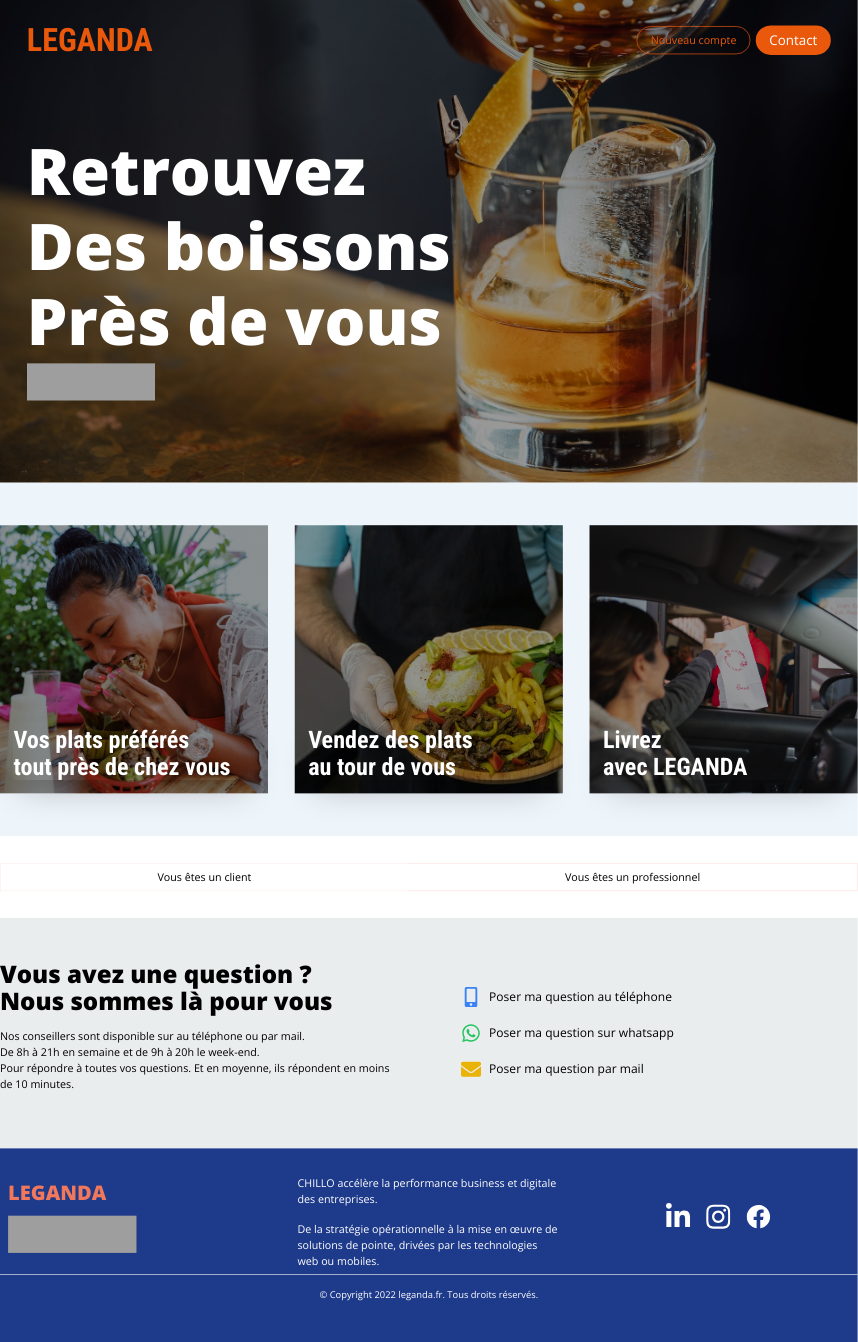
Repository: chillo-tech/website-leganda
Page: /
These files come from the project's save history. The page is drawn as it stood at one moment and after a run of saves; the edit follows.
The browser window is 1280 px wide. The pictures show the whole page, at 67% of full size.
Pictures or frames that could not be fetched are drawn as grey boxes. The project was rebuilt for these pictures with package versions that can differ from the ones it lists, and the page was loaded fresh each time. Some packages were replaced by stand-ins written for this rebuild. The framework's server and built-in components were replaced by stand-ins that run in the browser. Also part of the build but not shown: next.config.js, components/header/items/SearchBar.tsx.

Above is the page before, as saved 2023-02-09 11:26:25.

### pages/_document.tsx
import { Html, Head, Main, NextScript } from 'next/document'
import Footer from '../components/footer/Footer';

export default function Document() {
	return (
		<Html className="scroll-smooth">
			<Head>
        <link rel="preconnect" href="https://fonts.googleapis.com"/>
        <link rel="preconnect" href="https://fonts.gstatic.com"/>
        <link href="https://fonts.googleapis.com/css2?family=Open+Sans:ital,wght@0,300;0,800;1,800&family=Roboto&family=Roboto+Condensed:wght@700&display=swap" rel="stylesheet"/>
        <link rel="icon" href="/favicon.ico" />
			</Head>
			<body className='flex flex-col h-screen justify-between'>
				<Main />
				<NextScript />
				<Footer />
        <script defer type="text/javascript" src="https://maps.googleapis.com/maps/api/js?key=AIzaSyBoBBvzxlRlkbfYzZcHp8ALOwBk3YjfB-I&libraries=places" />
			</body>
		</Html>
	)
}

### styles/globals.css
@tailwind base;
@tailwind components;
@tailwind utilities;
body {
  font-family: 'Open Sans', 'Roboto', sans-serif;
}
.title {
  font-family: 'Roboto Condensed', sans-serif;
}
@layer base {
  [type="text"],
  [type="email"],
  [type="url"],
  [type="password"],
  [type="number"],
  [type="date"],
  [type="datetime-local"],
  [type="month"],
  [type="search"],
  [type="tel"],
  [type="time"],
  [type="week"],
  [multiple],
  textarea,
  select {
    @apply w-full border-gray-300 rounded-lg shadow-sm focus:border-blue-500 focus:ring-blue-500;
  }
  [type="checkbox"],
  [type="radio"] {
    @apply border-gray-300 rounded text-blue-600 focus:ring-blue-500;
  }
}

.bg-site-blue {
    background-color: #86aec0;
    color: #000000;
}

.bg-site-orange {
    background-color: #f6ac9f;
}

.color-site-blue {
   color: #86aec0;
}

.color-site-orange {
    color: #f2785c;
}

.home-page-article {
  min-height: 400px;
}

### context/search-context-provider.tsx
import { SearchParams } from '../types';
import { Context,createContext, useMemo, useReducer, useCallback } from 'react'
import SearchReducer from './SearchReducer';
import { Param } from '../types/Param';
import { INITIAL_STATE, UPDATE_SEARCH_CRITERIA } from '../utils';
import { SearchContextData } from '../types/SerchContextData';
type Props = {
  children: JSX.Element,
};
export const SearchContext = createContext<SearchContextData>({state: INITIAL_STATE});
function SearchContextProvider({children}: Props) {
  const [state, dispatch] = useReducer(SearchReducer, INITIAL_STATE);

  const update = useCallback(
    (data: Param) =>
      dispatch({
        type: UPDATE_SEARCH_CRITERIA,
        data
      }),
    [],
  );
  const value = useMemo(
    () => ({state, update }),
    [state,update],
  );
  return (
    <SearchContext.Provider value={value}>
      {children}
    </SearchContext.Provider>
  )
}

export default SearchContextProvider;

### components/footer/Footer.tsx

import React from 'react';
import { FaFacebook, FaInstagram, FaLinkedinIn } from 'react-icons/fa';
import Link from 'next/link'
import { cn, STORES } from '../../utils';
import Image from 'next/image';
function Footer() {
	return (
			<footer className="bg bg-blue-900 text-white pb-10 pt-10 font-extralight flex flex-col" id="a-propos-de-nous">
				<div className="container mx-auto px-3">
					<div className="grid grid-cols-1 gap-10 md:grid-cols-3 md:p-0 items-center">
						<div className="presentation">
              <Link href='/' className='mb-5 color-site-orange uppercase font-extrabold text-3xl'>LEGANDA
              </Link>
              <p className="flex py-4 items-center justify-center md:justify-start">
                {STORES.filter((item: any) => item.active).map((item: any, index: number) => (
                    <Link
                        href="#"
                        target="_blank"
                        key={`liens-${index}`}
                        className="block items-center py-2 w-48 h-14 relative">
                      <Image
                          fill={true}
                          src={`/images/${item.image}`}
                          alt={item?.label}
                      />
                    </Link>
                ))}
              </p>
						</div>
						<div className="presentation">
							<p className='mb-5'>CHILLO accélère la performance business et digitale des entreprises. </p>
							<p>De la stratégie opérationnelle
								à la mise en œuvre de solutions de pointe, drivées par les technologies web ou mobiles.</p>
						</div>
						<div className="presentation flex flex-col items-center justify-center">
							<div className='px-10 flex items-center justify-between text-center'>
								<FaLinkedinIn color='text-slate-300' className='px-3 text-6xl'/>
								<FaInstagram className='px-3 text-6xl'/>
								<FaFacebook className='px-3 text-6xl'/>
							</div>
							<div className='py-2'>

							</div>
						</div>
					</div>
				</div>
				<div className="copyright border-top-1 mt-2 font-light">
					<div className="container py-5 text-sm mx-auto text-center border-solid border-t border-slate-200">
						&copy; Copyright {(new Date()).getFullYear()} leganda.fr. Tous droits réservés.
					</div>
				</div>
			</footer>

	);
}

export default Footer;

### components/questions/Questions.tsx
import Link from 'next/link'
import React from 'react'
import { FaEnvelope, FaMobileAlt, FaWhatsapp } from 'react-icons/fa'

function Questions() {
  return (
    <section className='py-16 bg-app-light-green'>
        <div className="container grid md:grid-cols-2 md:gap-24 items-center px-3 md:px-0">
          <article>
            <h2 className='md:text-4xl text-3xl font-semibold text-black'>
              <p className='p-0 m-0'>Vous avez une question ?</p>
              <p className='p-0 m-0'>Nous sommes là pour vous</p>
            </h2>
            <div className='py-5'>
              <p className='p-0 m-0'>Nos conseillers sont disponible sur au téléphone ou par mail.</p>
              <p className='p-0 m-0'>De 8h à 21h en semaine et de 9h à 20h le week-end.</p>
              <p className='p-0 m-0'>Pour répondre à toutes vos questions. Et en moyenne, ils répondent en moins de 10 minutes.</p>
            </div>
          </article>
          <article>
              <Link href="tel:0033761705745" className='py-3 text-lg flex'>
                  <FaMobileAlt className='text-3xl text-blue-500 mr-3' /> Poser ma question au téléphone
              </Link>
              <Link href="whatsapp:0033761705745" className='py-3 text-lg flex'>
                  <FaWhatsapp className='text-3xl text-green-500 mr-3' /> Poser ma question sur whatsapp
              </Link>
              <Link href="mailto:armelle.leganda@gmail.com" className='py-3 text-lg flex'>
                  <FaEnvelope className='text-3xl text-yellow-500 mr-3' /> Poser ma question par mail
              </Link>
          </article>
        </div>
    </section>
  )
}

export default Questions

### components/header/Header.tsx
import { faPhone, faUser } from '@fortawesome/free-solid-svg-icons'
import { FontAwesomeIcon } from '@fortawesome/react-fontawesome'
import Link from 'next/link'
import React from 'react'
import SearchBar from './items/SearchBar'

function Header({withSearchBar = true}: {withSearchBar?: boolean}) {
  return (
    <header className="container py-4">
       <nav className='flex justify-between items-center'>
        <Link href="/" className='text-orange-600 uppercase title text-5xl'>LEGANDA
        </Link>
        {withSearchBar ? <SearchBar /> : null }
        <ul className='md:flex justify-between items-center hidden'>
          <li>
            <Link href="/" className='border border-orange-600 rounded-3xl px-5 py-2 text-orange-600 flex justify-between items-center'>
                <FontAwesomeIcon icon={faUser} className="hidden border-none text-xs mr-2" size='xs' />
                Nouveau compte
            </Link>
          </li>
          <li  className='ml-2'>
          <Link href="/" className='bg-orange-600 rounded-3xl text-xl px-5 font-medium py-2 flex text-white'>
              <FontAwesomeIcon icon={faPhone} className="hidden border-none mr-2"/>
              Contact
          </Link>
          </li>
        </ul>
      </nav>
    </header>
  )
}

export default Header

### utils/index.ts
export * from './clear-string';
export * from './DateFormat';
export * from './isValidPhoneNumber';
export * from './isValidEmail';
export * from './Endpoints';
export * from './Data';
export * from './request-options';

### components/tabs/index.tsx
import classNames from 'classnames';
import React, { useState } from 'react'

function Tabs({items}: any) {
  const [activeTab, setActiveTab] = useState("tab-0");
  return (
    <section className='container px-3 md:px-0 py-10'>
      <ul className='flex  border border-red-100 justtify-center items-center'>
        {items.map((item: any, index: number) => (
          <li key={`tab-${index}`} className={classNames('grow',{ 'bg-white': activeTab === `tab-${index}` })}>
            <button type='button' className='w-full py-2'>{item.label}</button>
          </li>
        ))}
      </ul>
    </section>
  )
}

export default Tabs

### utils/how-it-works.ts
const HOW_IT_WORKS: any = [
  {
    "label": "Vous êtes un client"
  },
  {
    "label": "Vous êtes un professionnel"
  }
]

export {HOW_IT_WORKS}

### context/SearchReducer.ts
import { UPDATE_SEARCH_CRITERIA } from './../utils/Data';
import { Action } from './../types/Action';
import { SearchParams } from "../types";

function SearchReducer (state: SearchParams, action: Action){
  switch(action.type){
    case UPDATE_SEARCH_CRITERIA: {
        return {
          ...state,
          [action.data.key]: action.data.value
        }
    }
  }
  return state;
}

export default SearchReducer;

### utils/clear-string.ts
export const cleanString = (entry: string) => {
	return entry ? entry.replace(/^[\s\uFEFF\xA0]+|[\s\uFEFF\xA0]+$/g, '') : '';
}

### utils/DateFormat.ts
export const getFormattedDate = (entry: Date) => {
	const year = entry.getFullYear();
	const month = `0${entry.getMonth() + 1}`.slice(-2);
	const day = `0${entry.getDate()}`.slice(-2);
	return `${day}/${month}/${year}`;
};

export const getFormattedTime = (entry: Date) => {
	const hours = `0${entry.getHours()}`.slice(-2);
	const minutes = `0${entry.getMinutes()}`.slice(-2);
	return `${hours}:${minutes}`;
};

const getWeekNumber = (entry: Date) => {
	// Copy date so don't modify original
	const date = new Date(Date.UTC(entry.getFullYear(), entry.getMonth(), entry.getDate()));
	// Set to nearest Thursday: current date + 4 - current day number
	// Make Sunday's day number 7
	date.setUTCDate(date.getUTCDate() + 4 - (date.getUTCDay() || 7));
	// Get first day of year
	const yearStart = new Date(Date.UTC(date.getUTCFullYear(), 0, 1));
	// Calculate full weeks to nearest Thursday
	return Math.ceil((((Number(date) - Number(yearStart)) / 86400000) + 1) / 7);
	// Return array of year and week number

}

export const getDayAndMonthLabel = (entry: Date) => {
	const days = ['Dimanche', 'Lundi', 'Mardi', 'Mercredi', 'Jeudi', 'Vendredi', 'Samedi'];
	const months = ["Jan.", "Fev.", "Mars", "Avr.", "MaI", "Juin",
		"Jul.", "Août", "Sep.", "Oct.", "Nov.", "Dec."
	];
	return [days[entry.getDay()], months[entry.getMonth()]];
}

export const getDisplayedDate = (entry: string = "") => {
	if (!entry.trim().length) {
		return entry;
	}
	const adWeekNo = getWeekNumber(new Date(entry));
	const todayWeekNo = getWeekNumber(new Date());
	if ((adWeekNo - todayWeekNo) > 1) {
		const [dayOfDate, month, year] = getFormattedDate(new Date(entry)).split('/');
		const [dayOfWeekLabel, monthLabel] = getDayAndMonthLabel(new Date(entry));
		return `${dayOfWeekLabel}, ${dayOfDate} ${monthLabel}`;
	} else {
		const [dayOfWeekLabel] = getDayAndMonthLabel(new Date(entry));
		return dayOfWeekLabel;
	}
};

### utils/isValidPhoneNumber.ts
export const isValidPhoneNumber = (value: string) => {
	const PHONE_REGEXP = /^0[6|7]\d{8}$/
	return PHONE_REGEXP.test(value);
}

### utils/isValidEmail.ts
export const isValidEmail = (value: string) => {
	const EMAIL_REGEXP = /^\S+@\S+\.\S+$/;
	return value.trim().length ? EMAIL_REGEXP.test(value) : true;
}

### utils/Endpoints.ts
export const LOCAL_DNS = 'http://192.168.111.244:9090';//verifier ipconfig avant d'exécuter
export const PROD_DNS = "https://api.leganda.chillo.fr";
export const IMAGES_URL = `${PROD_DNS}/assets`;
export const BACKOFFICE_URL = `${PROD_DNS}/api/v1`;
export const ADS_ENDPOINT = "ad";
export const FAVORITE_ENDPOINT = "favorite";
export const ACCOUNT_ENDPOINT = "account";
export const ADDRESS_ENDPOINT = "address";
export const CATEGORY_ENDPOINT = "category";
export const GOOGLE_PACES_API_BASE_URL = 'https://maps.googleapis.com/maps/api/place';
export const GOOGLE_PACES_API_KEY = 'AIzaSyBoBBvzxlRlkbfYzZcHp8ALOwBk3YjfB-I';
export const MAP_ZOOM = 10;
export const GOOGLE_PACES_CENTER_COORDINATES = {lat: 48.117266,lng: -1.677793};

### utils/Data.ts
import {EMAIL, PHONE} from "./providers";
export const CATEGORY_BGCOLORS = [ "#BCA1F2", "#BCDDE4", "#CFEACB", "#F4E169"];
export const PLUS_FAVORITES_UPDATED = "Super cette annonce a été ajoutée à vos favoris";
export const REMOVE_FAVORITES_UPDATED = "Cette annonce a été retirée de vos favoris";
export const AUTHENTICATED_USER = "authenticatedUser";
export const MAPBOX_ACCESSTOKEN = "pk.eyJ1IjoiYWNoaWxsZW1ib3VndWVuZyIsImEiOiJja3Zvd3EzcmswaThkMnZrZ25iYmtveDBhIn0.pDR7pKL18d3iz5NoaRmWYg";
export const RESET_AD = "RESET_AD";
export const DELETE_KEY = "DELETE_KEY";
export const SET_NUMBER_OF_CHILDREN = "SET_NUMBER_OF_CHILDREN";
export const SET_ADS = "SET_ADS";
export const SET_CATS = "SET_CATS";
export const SET_CAT = "SET_CAT";
export const SET_AD = "SET_AD";
export const SET_SELECTED_ITEM_ID = "SET_SELECTED_ITEM_ID";
export const SET_STEP_INDEX = "SET_STEP_INDEX";
export const UPDATE_AD = "UPDATE_AD";
export const UPDATE_SEARCH_CRITERIA = "UPDATE_SEARCH_CRITERIA";
export const UPDATE_USER_INFOS = "UPDATE_USER_INFOS";
export const USER_TOKEN = "USER_TOKEN";
export const SIGN_IN = 'SIGN_IN';
export const SIGN_OUT = 'SIGN_OUT';
export const SIGN_UP = 'SIGN_UP';
export const RECOMMEND_TEXT = "Bonjour, j'ai découvert cette application qui a de belles annonces. Je te la recommande";
export const RESTORE_TOKEN = "RESTORE_TOKEN";
export const AD_PLACEHOLDER = ["Taro du dimanche", "20kg à destination de Yaoundé", "Carton de Guinness", "Stage de developpeur"];
export const STORES = [
	{
		image: 'google-app-store-badge.svg',
		active: true,
		path: '#',
		label: 'LEGANDA sur PLAY STORE'
	},
	{
		image: 'apple-app-store-badge.svg',
		active: false,
		path: '#',
		label: 'LEGANDA sur APPLE STORE'
	}
]
export const HEADERS_ITEMS = [
	{
		image: '/images/food.jpeg',
		active: true,
		label: 'Des mets'
	},
	{
		image: '/images/drinks.jpeg',
		active: false,
		label: 'Des boissons'
	},
	{
		image: '/images/spices.jpeg',
		active: false,
		label: 'Des épices'
	},
	{
		image: '/images/service.jpeg',
		active: false,
		label: 'Des services'
	}
]
export const INITIAL_STATE = {
		address: {city: ''}
}

export const HELP_LINK = {
	whatsapp: `whatsapp://send?text=&phone=${PHONE}`,
	sms: `sms:${PHONE}`,
	mail: `mailto:${EMAIL}`,
	phone: `tel:${PHONE}`
}

export const SHARE_LINK = {
	whatsapp: `whatsapp://send?text=`,
	sms: `sms:body=`,
	mail: `mailto:${EMAIL}`,
	phone: `tel:${PHONE}`
}

export const MORESCREEN_DATA = [
	{
		id: 'recommendations',
		title: "Recommandations",
		items: [
			{
				id: '587',
				icon: 'thumbs-up',
				name: 'sms',
				action: 'recommend',
				title: 'Recommandez notre application',
			},
			{
				id: '588',
				icon: 'facebook',
				name: 'facebook',
				action: 'recommend',
				title: 'Aimez notre page facebook',
			},
			{
				id: '589',
				icon: 'thumbs-up',
				name: 'like',
				action: 'recommend',
				title: 'Notez nous sur le store',
			}
		]
	},
	{
		id: 'assistance',
		title: "assistance",
		items: [
			{
				id: '386',
				icon: 'whatsapp',
				name: 'whatsapp',
				action: 'help',
				title: 'Posez votre question via whatsapp',
			},
			{
				id: '387',
				icon: 'sms',
				name: 'sms',
				action: 'help',
				title: 'Posez votre question  par sms',
			},
			{
				id: '389',
				name: 'mail',
				action: 'help',
				icon: 'envelope',
				title: 'Envoyez nous un mail',
			},
			{
				id: '388',
				icon: 'phone-alt',
				name: 'phone',
				action: 'help',
				title: 'Appelez nous',
			}
		]
	}
]

export const loaderProp =({ src }: {src: string}) => {
  console.log('====================================');
  console.log(src);
  console.log('====================================');
  return src;
}
export const cn = (...classes: string[]) =>{
  return classes.filter(Boolean).join(' ')
}

### utils/request-options.ts
export const getHeaders = () => ({
	'X-Requested-With': 'XMLHttpRequest',
	'Content-Type': 'application/x-www-form-urlencode',
	Accept: "application/json"
});

### utils/providers.ts


export const PHONE = "+33761705745";
export const EMAIL = "achille.mbougueng@yahoo.fr";

export const OPENCAGE_GEOCODE_API = "https://api.opencagedata.com/geocode/v1/json";
export const OPENCAGE_API_KEY = "2dd86530d37b4cf3a321d24e6c624a40";

export const MAPBOX_API_KEY = "pk.eyJ1IjoiYWNoaWxsZW1ib3VndWVuZyIsImEiOiJja3Zvd3EzcmswaThkMnZrZ25iYmtveDBhIn0.pDR7pKL18d3iz5NoaRmWYg";
export const MAPBOX_PLACES = "https://api.mapbox.com/geocoding/v5/mapbox.places";

Loaded but not shown: pages/_app.tsx (common file); tailwind.config.js (37 lines, source omitted); pages/index.tsx (146 lines, source omitted)

After the next 2 saves:
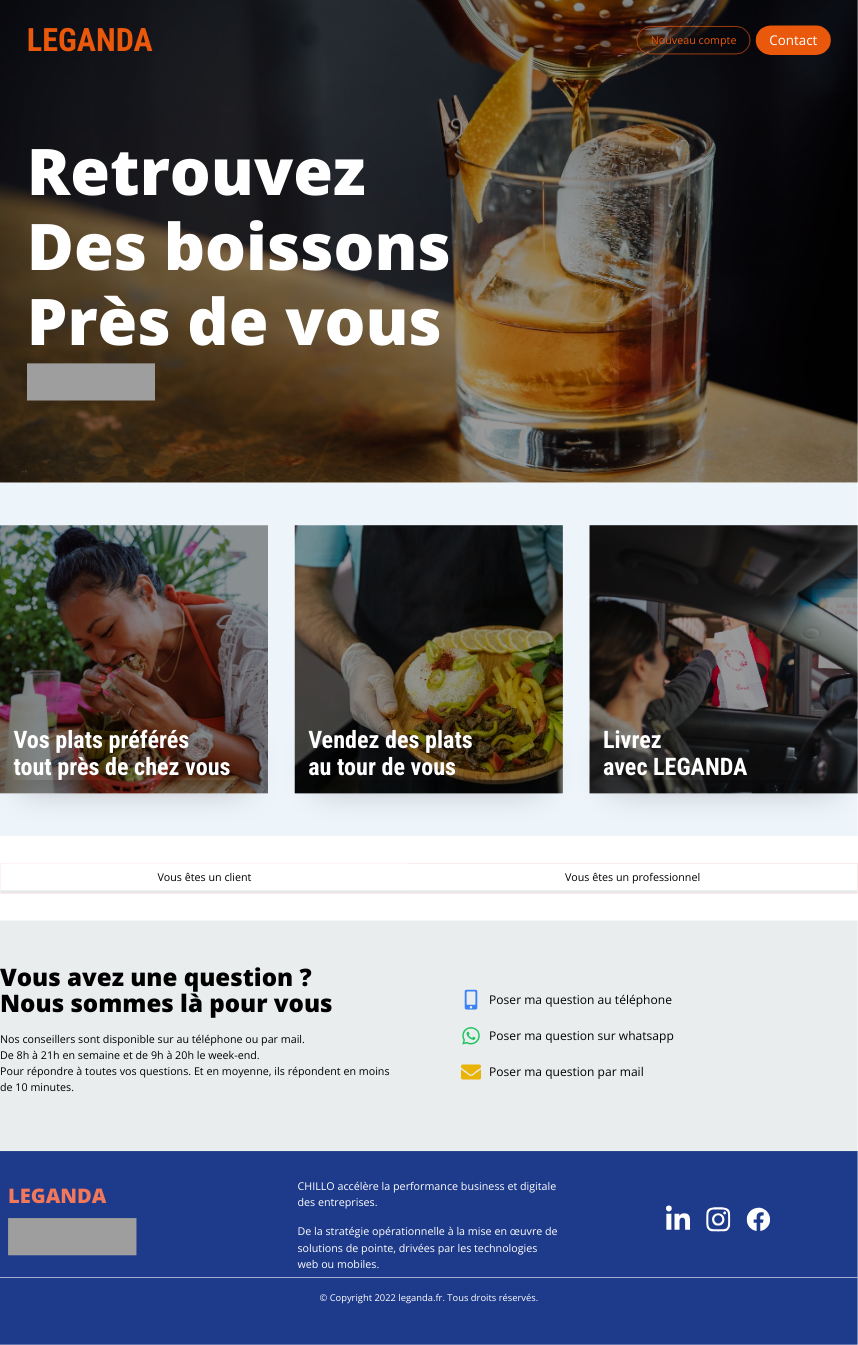
The 2 saves are shown as one change because they came seconds apart.
The last was saved 14 s later.
--- a/components/tabs/index.tsx
+++ b/components/tabs/index.tsx
@@ -7,7 +7,7 @@
     <section className='container px-3 md:px-0 py-10'>
       <ul className='flex  border border-red-100 justtify-center items-center'>
         {items.map((item: any, index: number) => (
-          <li key={`tab-${index}`} className={classNames('grow',{ 'bg-white': activeTab === `tab-${index}` })}>
+          <li key={`tab-${index}`} className={classNames('grow border-b-4',{ 'bg-white': activeTab === `tab-${index}` })}>
             <button type='button' className='w-full py-2'>{item.label}</button>
           </li>
         ))}
